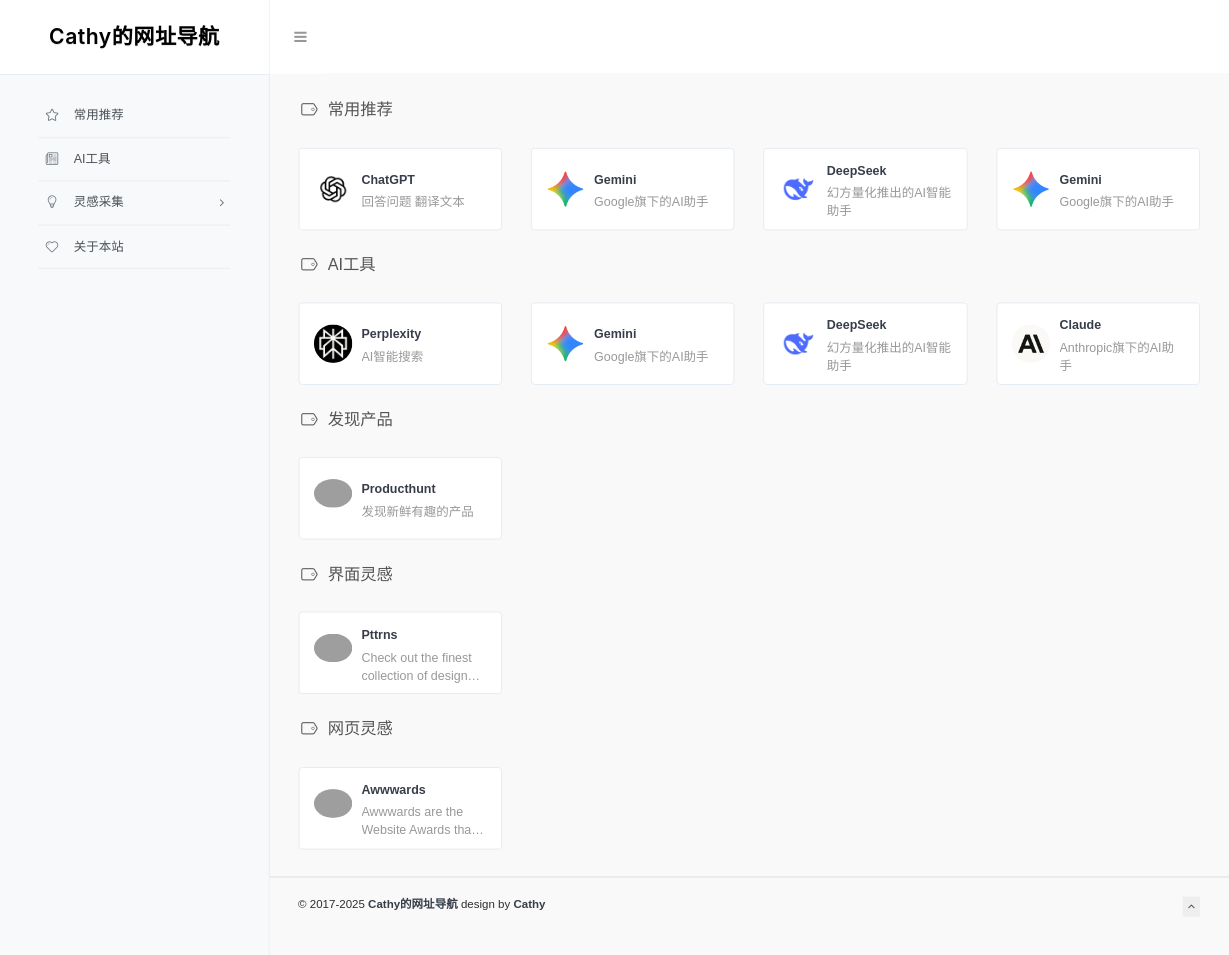
Repository: SweetPomelo0/AINav
Page: cn/index.html
These files come from the project's save history. The page is drawn as it stood at one moment and after the next save; the edit follows.
The browser window is 1280 px wide. The pictures show the whole page, at 96% of full size.
Pictures or frames that could not be fetched are drawn as grey boxes.

Above is the page before, as saved 2025-07-24 23:20:11.

After the next save:
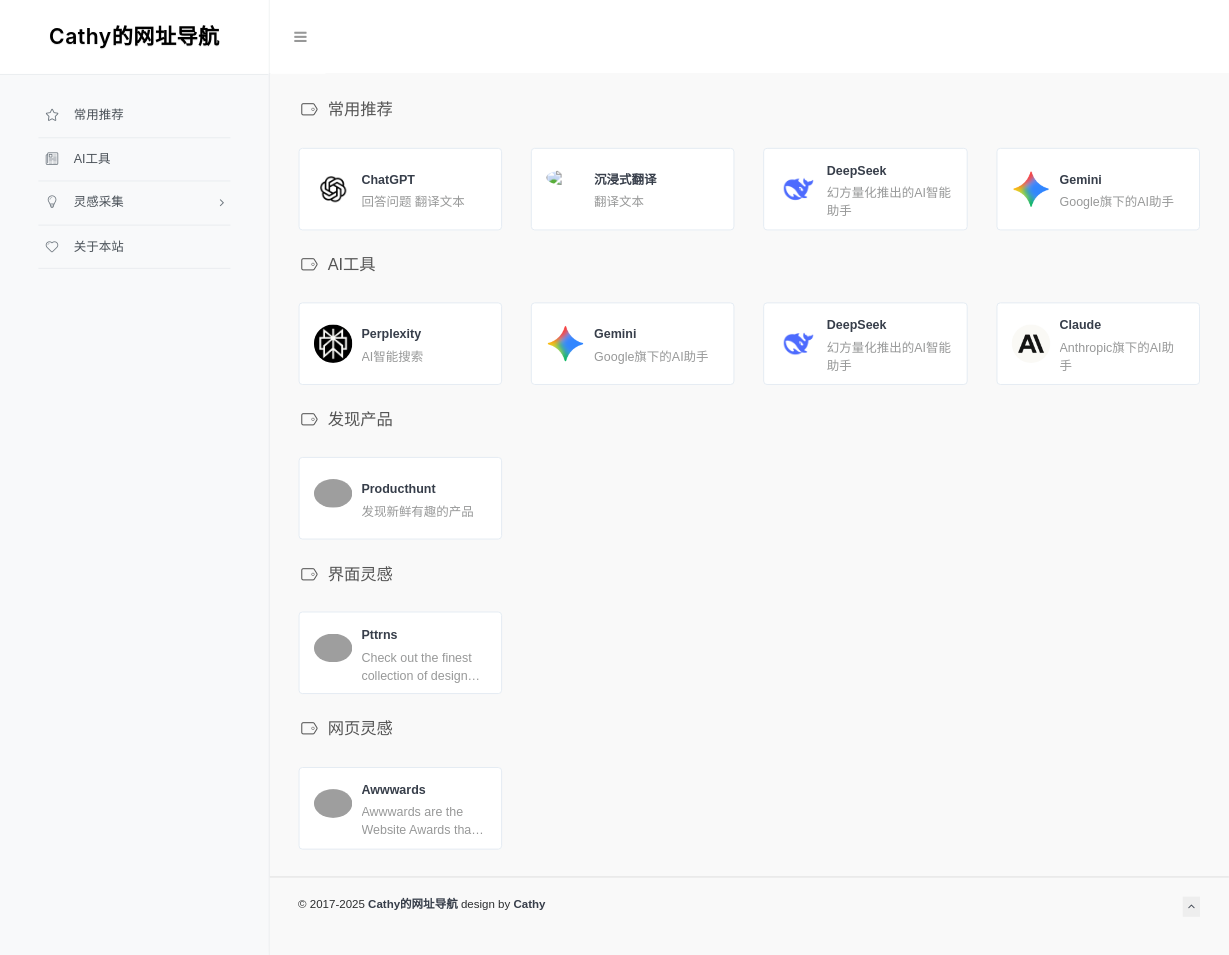
Not found: assets/images/logos/immersive.png
Saved 7 min 27 s later.
--- a/cn/index.html
+++ b/cn/index.html
@@ -299,18 +299,18 @@
                     </div>
                 </div>
 
-          <!-- Gemini -->
-          <div class="col-sm-3">
-                    <div class="xe-widget xe-conversations box2 label-info" onclick="window.open('https://gemini.google.com/app', '_blank')" data-toggle="tooltip" data-placement="bottom" title="" data-original-title="https://gemini.google.com/app">
-                        <div class="xe-comment-entry">
-                            <a class="xe-user-img">
-                                <img data-src="../assets/images/logos/gemini.png" class="lozad img-circle" width="40">
-                            </a>
-                            <div class="xe-comment">
-                                <a href="#" class="xe-user-name overflowClip_1">
-                                    <strong> Gemini</strong>
-                                </a>
-                                <p class="overflowClip_2">Google旗下的AI助手</p>
+          <!-- 沉浸式翻译 -->
+          <div class="col-sm-3">
+                    <div class="xe-widget xe-conversations box2 label-info" onclick="window.open('https://immersivetranslate.com/zh-Hans/?utm_source=ai-bot.cn', '_blank')" data-toggle="tooltip" data-placement="bottom" title="" data-original-title="https://immersivetranslate.com/zh-Hans/?utm_source=ai-bot.cn">
+                        <div class="xe-comment-entry">
+                            <a class="xe-user-img">
+                                <img data-src="../assets/images/logos/immersive.png" class="lozad img-circle" width="40">
+                            </a>
+                            <div class="xe-comment">
+                                <a href="#" class="xe-user-name overflowClip_1">
+                                    <strong> 沉浸式翻译</strong>
+                                </a>
+                                <p class="overflowClip_2">翻译文本</p>
                             </div>
                         </div>
                     </div>
